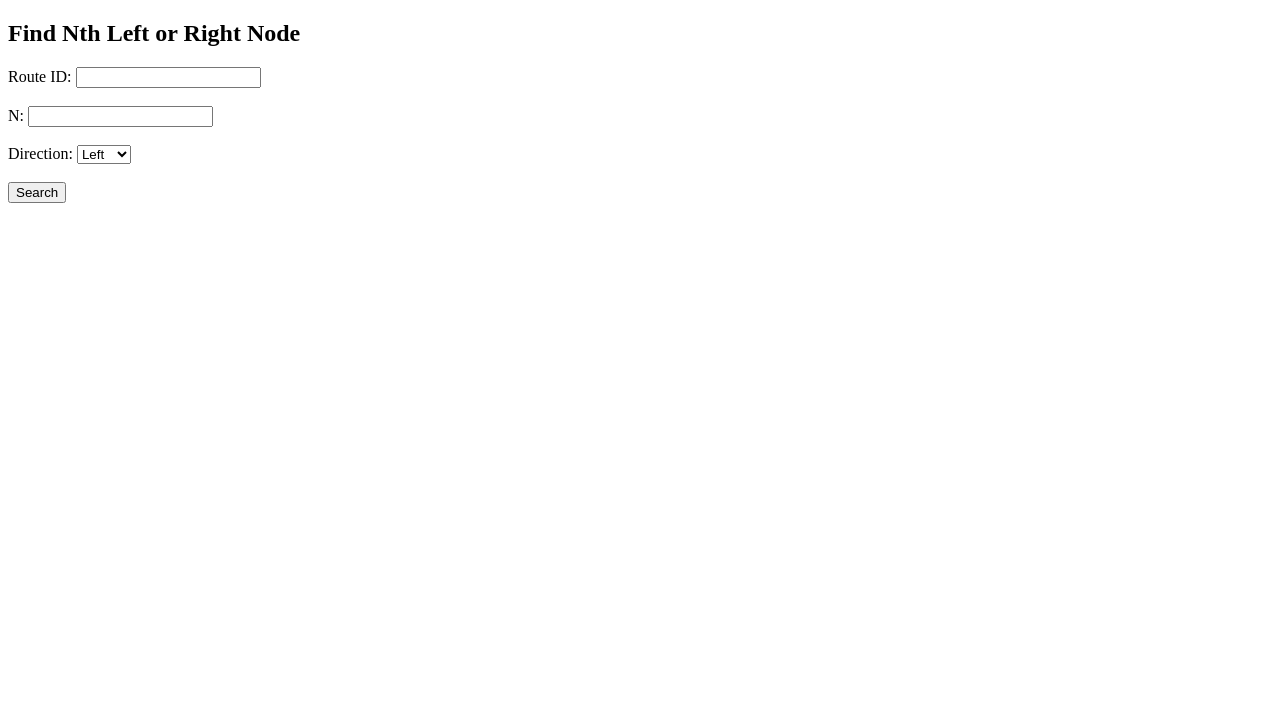
Repository: SNEHASURESH003/flight_system
Page: http://localhost/routes/find-nth/
These files come from the project's save history. The page is drawn as it stood at one moment and after the next save; the edit follows.
The browser window is 1280 px wide. The pictures show the whole page.
The page is served by the project's application, run on Django 5.2 (manage.py). Other server files are loaded and not shown.

Above is the page before, as saved 2026-01-19 23:06:40.

### airport/airport_route/templates/find_nth_node.html
<!DOCTYPE html>
<html>
<head>
    <title>Find Nth Node</title>
</head>
<body>
<h2>Find Nth Left or Right Node</h2>

<form method="post">
    {% csrf_token %}
    Route ID: <input type="number" name="route_id" required><br><br>
    N: <input type="number" name="n" required><br><br>

    Direction:
    <select name="direction">
        <option value="left">Left</option>
        <option value="right">Right</option>
    </select><br><br>

    <button type="submit">Search</button>
</form>
</body>
</html>

### airport/airport_route/views.py
from django.shortcuts import render
from .forms import RouteForm, AirportForm
from .models import Airport, Route
from .utils import nth_left_or_right_node, longest_node_on_duration, shortest_node_between_routes
from django.http import HttpResponse
from django.core.exceptions import ValidationError




def add_airport(request):
    if request.method == 'POST':
        form = AirportForm(request.POST)
        if form.is_valid():
            form.save()
            return HttpResponse("Airport added successfully.")
    else:
        form = AirportForm()
    return render(request, 'add_airport.html', {'form': form})

def add_route(request):
    if request.method == 'POST':
        form = RouteForm(request.POST)
        if form.is_valid():
            form.save()
            return HttpResponse("Route added successfully.")
    else:
        form = RouteForm()
    return render(request, 'route_form.html', {'form': form})


def find_nth_node(request):
    if request.method == 'POST':
        route_id = request.POST.get('route_id')
        n = int(request.POST.get('n'))
        direction = request.POST.get('direction')

        route = Route.objects.get(id=route_id)
        result = nth_left_or_right_node(route, n, direction)

        return HttpResponse(f"Nth {direction} Node: {result}")

    return render(request, 'find_nth_node.html')


def find_longest_node(request, route_id):
    route = Route.objects.get(id=route_id)
    longest_left = longest_node_on_duration(route, 'left')
    longest_right = longest_node_on_duration(route, 'right')

    return HttpResponse(
        f"Longest Left Node: {longest_left}<br>"
        f"Longest Right Node: {longest_right}"
    )

def find_shortest_between(request):
    if request.method == 'POST':
        route1_id = request.POST.get('route1_id')
        route2_id = request.POST.get('route2_id')

        route1 = Route.objects.get(id=route1_id)
        route2 = Route.objects.get(id=route2_id)

        result = shortest_node_between_routes(route1, route2)

        return HttpResponse(f"Shortest Node Between Routes: {result}")

    return render(request, 'shortest_between.html')



def dashboard(request):
    return render(request, 'dashboard.html')

### airport/airport/urls.py
"""
URL configuration for airport project.

The `urlpatterns` list routes URLs to views. For more information please see:
    https://docs.djangoproject.com/en/5.2/topics/http/urls/
Examples:
Function views
    1. Add an import:  from my_app import views
    2. Add a URL to urlpatterns:  path('', views.home, name='home')
Class-based views
    1. Add an import:  from other_app.views import Home
    2. Add a URL to urlpatterns:  path('', Home.as_view(), name='home')
Including another URLconf
    1. Import the include() function: from django.urls import include, path
    2. Add a URL to urlpatterns:  path('blog/', include('blog.urls'))
"""
from django.contrib import admin
from django.urls import path
from django.urls import include

urlpatterns = [
    path('admin/', admin.site.urls),
    path('', include('airport_route.urls')),
]

### airport/airport_route/urls.py
from .models import Route
from django.urls import path
from .views import add_airport, add_route, dashboard, find_nth_node, find_longest_node, find_shortest_between
urlpatterns = [
   path('airports/add/', add_airport, name='add_airport'),
    path('routes/add/', add_route, name='add_route'),

    path('routes/find-nth/', find_nth_node, name='find_nth'),
    path('routes/longest/<int:route_id>/', find_longest_node, name='longest_node'),
    path('routes/shortest/', find_shortest_between, name='shortest_between'),
     path('', dashboard, name='dashboard'),
]

After the next save:
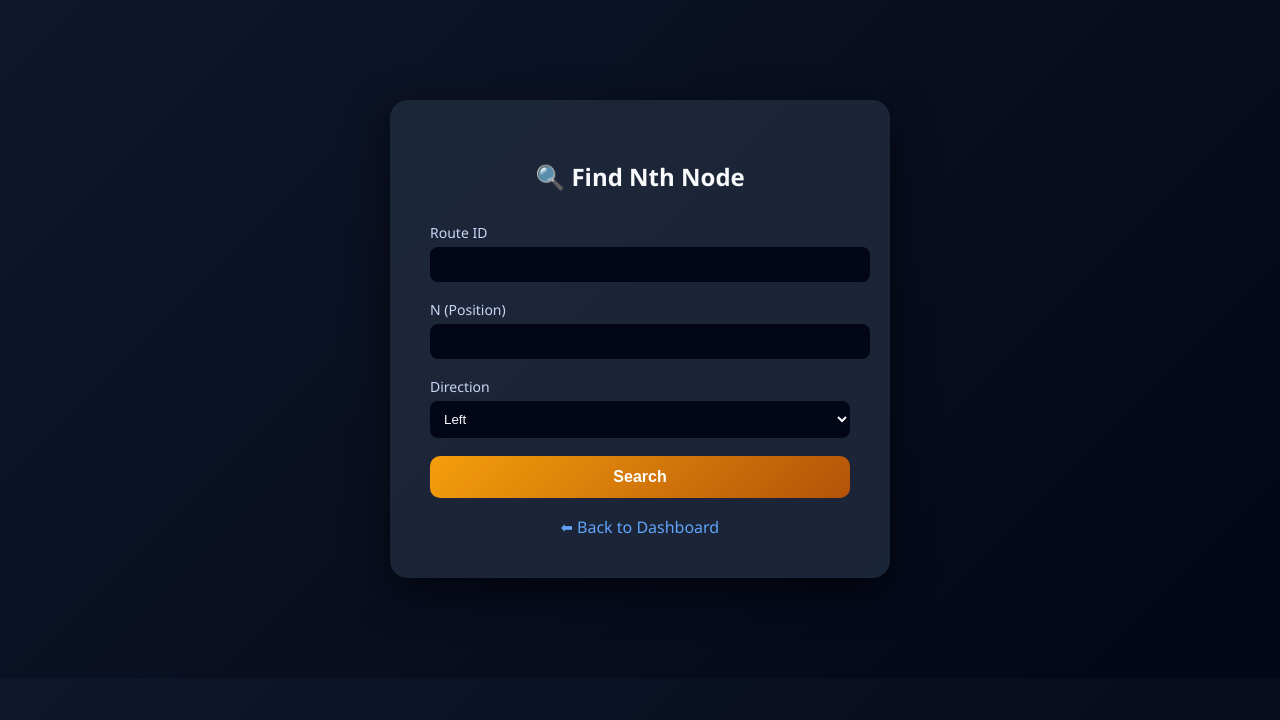
Saved 57 s later.
--- a/airport/airport_route/templates/find_nth_node.html
+++ b/airport/airport_route/templates/find_nth_node.html
@@ -1,23 +1,110 @@
 <!DOCTYPE html>
-<html>
+<html lang="en">
 <head>
     <title>Find Nth Node</title>
+    <style>
+        body {
+            font-family: 'Segoe UI', Tahoma, Geneva, Verdana, sans-serif;
+            background: linear-gradient(135deg, #0f172a, #020617);
+            color: #e5e7eb;
+            margin: 0;
+            padding: 0;
+        }
+
+        .container {
+            width: 420px;
+            margin: 100px auto;
+            background: rgba(30, 41, 59, 0.9);
+            padding: 40px;
+            border-radius: 18px;
+            box-shadow: 0 15px 40px rgba(0,0,0,0.6);
+        }
+
+        h2 {
+            text-align: center;
+            margin-bottom: 30px;
+            color: #f8fafc;
+        }
+
+        label {
+            display: block;
+            margin-bottom: 5px;
+            font-size: 14px;
+            color: #cbd5f5;
+        }
+
+        input, select {
+            width: 100%;
+            padding: 10px;
+            margin-bottom: 18px;
+            border-radius: 8px;
+            border: none;
+            outline: none;
+            background-color: #020617;
+            color: #f8fafc;
+        }
+
+        input:focus, select:focus {
+            border: 1px solid #2563eb;
+            box-shadow: 0 0 5px #2563eb;
+        }
+
+        button {
+            width: 100%;
+            padding: 12px;
+            background: linear-gradient(135deg, #f59e0b, #b45309);
+            color: white;
+            border: none;
+            border-radius: 10px;
+            font-size: 16px;
+            font-weight: 600;
+            cursor: pointer;
+            transition: all 0.3s ease;
+        }
+
+        button:hover {
+            background: linear-gradient(135deg, #d97706, #92400e);
+            box-shadow: 0 8px 25px rgba(245, 158, 11, 0.6);
+        }
+
+        .link {
+            display: block;
+            margin-top: 18px;
+            text-align: center;
+            color: #60a5fa;
+            text-decoration: none;
+        }
+
+        .link:hover {
+            text-decoration: underline;
+        }
+    </style>
 </head>
 <body>
-<h2>Find Nth Left or Right Node</h2>
 
-<form method="post">
-    {% csrf_token %}
-    Route ID: <input type="number" name="route_id" required><br><br>
-    N: <input type="number" name="n" required><br><br>
+<div class="container">
+    <h2>🔍 Find Nth Node</h2>
 
-    Direction:
-    <select name="direction">
-        <option value="left">Left</option>
-        <option value="right">Right</option>
-    </select><br><br>
+    <form method="post">
+        {% csrf_token %}
 
-    <button type="submit">Search</button>
-</form>
+        <label>Route ID</label>
+        <input type="number" name="route_id" required>
+
+        <label>N (Position)</label>
+        <input type="number" name="n" required>
+
+        <label>Direction</label>
+        <select name="direction">
+            <option value="left">Left</option>
+            <option value="right">Right</option>
+        </select>
+
+        <button type="submit">Search</button>
+    </form>
+
+    <a href="{% url 'dashboard' %}" class="link">⬅ Back to Dashboard</a>
+</div>
+
 </body>
 </html>
